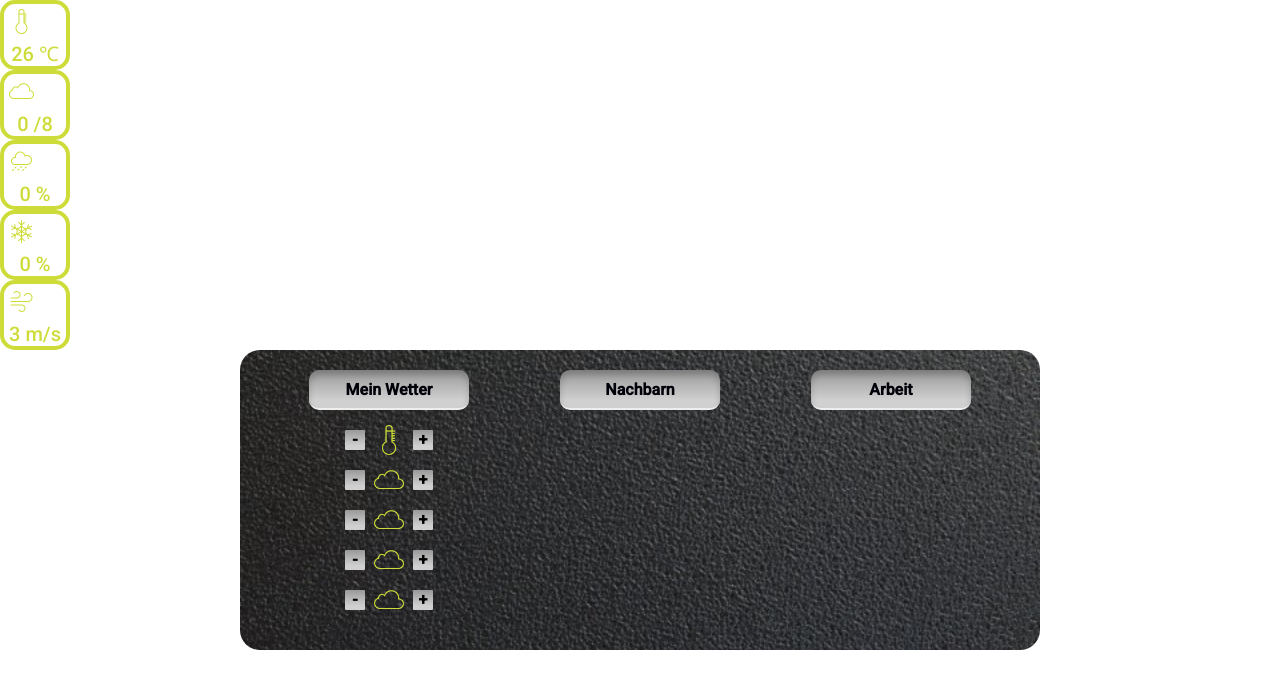
Repository: NadiaSchmitz/wetter.githab.io
Page: index.html
The author's editor kept a record of every edit. The page is drawn from the files as they stood at one moment, then again after the next edit.
The browser window is 1280 px wide. The pictures show the whole page.

Above is the page before.
Not found: styles/background1.css
Not found: styles/background2.css
Not found: styles/background3.css

### index.html
<!DOCTYPE html>
<html>

<head>
  <meta charset="utf-8" />
  <title>Das Wetter</title>
  <link rel="stylesheet" href="./styles/reset.css" type="text/css" />
  <link rel="stylesheet" href="./styles/style.css" type="text/css" />
  <link rel="stylesheet" href="./styles/icons.css" type="text/css" />
  <link rel="stylesheet" href="./styles/textur.css" type="text/css" />
  <link rel="stylesheet" href="./styles/background1.css" type="text/css" />
  <link rel="stylesheet" href="./styles/background2.css" type="text/css" />
  <link rel="stylesheet" href="./styles/background3.css" type="text/css" />
  <meta name="viewport" content="width=device-width, initial-scale=1.0">
  <link rel="preconnect" href="https://fonts.googleapis.com">
  <link rel="preconnect" href="https://fonts.gstatic.com" crossorigin>
  <link href="https://fonts.googleapis.com/css2?family=Roboto:wght@500&display=swap" rel="stylesheet">
  <link rel="shortcut icon" href="images/favicon.png" type="image/x-icon">
  <script src="https://ajax.googleapis.com/ajax/libs/jquery/2.2.0/jquery.min.js"></script>

</head>

<body>
  <section class="wrapper">
    <section class="inner_wrapper">
      <div id="weather" class="main_layout_my_weather">
        <div id="layout_1" class="layout1_my_weather"></div>
        <div class="status_wrapper">
          <div class="status status_temperature">
            <div class="status_value status_temperature_value">
              <span>26</span>
              <span class="celsius">&#8451;</span>
            </div>
          </div>
          <div class="status status_clouds">
            <div class="status_value status_clouds_value">
              <span>0</span>
              <span>/8</span>
            </div>
          </div>
          <div class="status status_rain">
            <div class="status_value status_rain_value">
              <span>0</span>
              <span>%</span>
            </div>
          </div>
          <div class="status status_snow">
            <div class="status_value status_snow_value">
              <span>0</span>
              <span>%</span>
            </div>
          </div>
          <div class="status status_wind">
            <div class="status_value status_wind_value">
              <span>3</span>
              <span>m/s</span>
            </div>
          </div>
        </div>
      </div>
      <div class="control">
        <div class="control_keyboard">
          <div class="control_keyboard_section">
            <div class="weather_button_wrapper">
              <span id="myWeather" class="weather_button">Mein Wetter</span>
            </div>
            <div class="control_keyboard_content">
              <div class="control_keyboard_content_item">
                <span class="control_button temperatur_minus">-</span>
                <span class="control_weather temperatur_value"></span>
                <span class="control_button temperatur_plus">+</span>
              </div>
              <div class="control_keyboard_content_item">
                <span class="control_button clouds_minus">-</span>
                <span class="control_weather clouds_value"></span>
                <span class="control_button clouds_plus">+</span>
              </div>
              <div class="control_keyboard_content_item">
                <span class="control_button clouds_minus">-</span>
                <span class="control_weather clouds_value"></span>
                <span class="control_button clouds_plus">+</span>
              </div>
              <div class="control_keyboard_content_item">
                <span class="control_button clouds_minus">-</span>
                <span class="control_weather clouds_value"></span>
                <span class="control_button clouds_plus">+</span>
              </div>
              <div class="control_keyboard_content_item">
                <span class="control_button clouds_minus">-</span>
                <span class="control_weather clouds_value"></span>
                <span class="control_button clouds_plus">+</span>
              </div>
            </div>
          </div>
          <div class="control_keyboard_section">
            <div class="weather_button_wrapper">
              <span id="nachbarnWeather" class="weather_button">Nachbarn</span>
            </div>
          </div>
          <div class="control_keyboard_section">
            <div class="weather_button_wrapper">
              <span id="arbeitWeather" class="weather_button">Arbeit</span>
            </div>
          </div>
        </div>
      </div>
    </section>
  </section>
  <script type="text/javascript" src="./js/weather.js"></script>
  <script type="text/javascript" src="./js/general.js"></script>
</body>

</html>

### styles/reset.css
html, body, div, span, applet, object, iframe,
h1, h2, h3, h4, h5, h6, p, blockquote, pre,
a, abbr, acronym, address, big, cite, code,
del, dfn, em, img, ins, kbd, q, s, samp,
small, strike, strong, sub, sup, tt, var,
b, u, i, center,
dl, dt, dd, ol, ul, li,
fieldset, form, label, legend,
table, caption, tbody, tfoot, thead, tr, th, td,
article, aside, canvas, details, embed,
figure, figcaption, footer, header, hgroup,
menu, nav, output, ruby, section, summary,
time, mark, audio, video {
	margin: 0;
	padding: 0;
	box-sizing: border-box;
	border: 0;
	font-size: 100%;
	font: inherit;
	vertical-align: baseline;
}
/* HTML5 display-role reset for older browsers */
article, aside, details, figcaption, figure,
footer, header, hgroup, menu, nav, section {
	display: block;
}
body {
	line-height: 1;
}
ol, ul {
	list-style: none;
}
blockquote, q {
	quotes: none;
}
blockquote:before, blockquote:after,
q:before, q:after {
	content: '';
	content: none;
}
table {
	border-collapse: collapse;
	border-spacing: 0;
}

### styles/style.css
.inner_wrapper {
  font-family: 'Roboto', sans-serif;
}

.weather {
  position: relative;
  width: 800px;
  height: 533px;
  background-image: url(../images/palm.jpg);
  background-size: cover;
  background-repeat: no-repeat;
  background-position: 50%;
  margin: 50px auto 20px;
}

.layout {
  position: absolute;
  top: 0;
  bottom: 0;
  left: 0;
  right: 0;
  background-image: url(../images/sunshine.png);
  background-size: cover;
  background-position: 40% 0;
}

.status {
  position: relative;
  width: 70px;
  height: 70px;
  border-radius: 15px;
  border-width: 3px;
  border: 4px solid #cddc39;
  background-size: 25px;
  background-position: 5px 5px;
  background-repeat: no-repeat;
}

.status_value {
  font-size: 20px;
  line-height: 40px;
  text-align: center;
  color: #cddc39;
  margin: 30px 0 0 0;
}

.control {

}

.control_keyboard {
  width: 800px;
  height: 300px;
  background-color: #3a3939;
  background-size: cover;
  border-radius: 20px;
  text-align: center;
  margin: 0 auto;
  padding: 20px;
}

.control_keyboard_section {
  display: inline-block;
  vertical-align: top;
  width: 32.5%;
  padding: 0 10px 0 10px;
}

.weather_button_wrapper {
  margin: 0 0 20px 0;
}

.weather_button {
  width: 160px;
  height: 40px;
  border-bottom: 2px solid #eee;
  box-shadow: inset rgba(0,0,0,0.2) 0px 5px 6px;
  display: block;
  font-size: 16px;
  line-height: 40px;
  color: #000009;
  font-weight: 700;
  text-align: center;
  text-decoration: none;
  background-image: -webkit-linear-gradient(top, #999, #d0d0d0 80%);
  background-image: -moz-linear-gradient(top, #999, #d0d0d0 80%);
  background-image: -ms-linear-gradient(top, #999, #d0d0d0 80%);
  background-image: -o-linear-gradient(top, #999, #d0d0d0 80%);
  background-image: linear-gradient(top, #999, #d0d0d0 80%);
  -moz-border-radius: 10px;
  -webkit-border-radius: 10px;
  border-radius: 10px;
  -webkit-transition: all .1s ease-in;
  -moz-transition: all .1s ease-in;
  -ms-transition: all .1s ease-in;
  -o-transition: all .1s ease-in;
  transition: all .1s ease-in;
  cursor: pointer;
  margin: 0 auto;
}

.weather_button:hover {
  -webkit-box-shadow: rgba(0,0,0,.4) 0 3px 8px;
  -moz-box-shadow: rgba(0,0,0,.4) 0 3px 8px;
  box-shadow: rgba(0,0,0,.4) 0 3px 8px;
}

.weather_button:active {
  color: #777;
  border-bottom: 1px solid #fff;
  -webkit-box-shadow: inset rgba(0,0,0,.5) 0px 5px 10px;
  -moz-box-shadow: inset rgba(0,0,0,.5) 0px 5px 10px;
  box-shadow: inset rgba(0,0,0,.5) 0px 5px 10px;
}

.control_keyboard_content_item {
  margin: 0 0 15px 0;
}

.control_button {
  display: inline-block;
  vertical-align: top;
  width: 20px;
  height: 20px;
  font-size: 16px;
  line-height: 20px;
  font-weight: 700;
  text-align: center;
  background-image: -webkit-linear-gradient(top, #999, #d0d0d0 80%);
  background-image: -moz-linear-gradient(top, #999, #d0d0d0 80%);
  background-image: -ms-linear-gradient(top, #999, #d0d0d0 80%);
  background-image: -o-linear-gradient(top, #999, #d0d0d0 80%);
  background-image: linear-gradient(top, #999, #d0d0d0 80%);
  -moz-border-radius: 1px;
  -webkit-border-radius: 1px;
  border-radius: 1px;
  -webkit-transition: all .1s ease-in;
  -moz-transition: all .1s ease-in;
  -ms-transition: all .1s ease-in;
  -o-transition: all .1s ease-in;
  transition: all .1s ease-in;
}

.control_weather {
  display: inline-block;
  vertical-align: top;
  width: 30px;
  height: 30px;
  background-position: 50%;
  background-size: cover;
  margin: -5px 5px 0 5px;
}

### js/weather.js
var weatherArray = [];
weatherArray = [
  {
    weatherOwner: "myWeather",
    temperaturUnderLimit: 25,
    temperaturStandart: 26,
    temperaturUpperLimit: 27,
    cloudsUnderLimit: 0,
    cloudsStandart: 0,
    cloudsUpperLimit: 1,
    rainUnderLimit: 0,
    rainStandart: 0,
    rainUpperLimit: 5,
    snowUnderLimit: 0,
    snowStandart: 0,
    snowUpperLimit: 0,
    windUnderLimit: 3,
    windStandart: 3,
    windUpperLimit: 5,
    mainLayout: "",
    layout1: "",
    layout2: ""
  },

  {
    weatherOwner: "nachbarnWeather",
    temperaturUnderLimit: 3,
    temperaturStandart: 5,
    temperaturUpperLimit: 8,
    cloudsUnderLimit: 7,
    cloudsStandart: 8,
    cloudsUpperLimit: 9,
    rainUnderLimit: 80,
    rainStandart: 90,
    rainUpperLimit: 100,
    snowUnderLimit: 0,
    snowStandart: 0,
    snowUpperLimit: 0,
    windUnderLimit: 20,
    windStandart: 30,
    windUpperLimit: 40,
    mainLayout: "",
    layout1: "",
    layout2: ""
  },

  {
    weatherOwner: "arbeitWeather",
    temperaturUnderLimit: -10,
    temperaturStandart: -20,
    temperaturUpperLimit: -30,
    cloudsUnderLimit: 3,
    cloudsStandart: 4,
    cloudsUpperLimit: 5,
    rainUnderLimit: 0,
    rainStandart: 0,
    rainUpperLimit: 100,
    snowUnderLimit: 0,
    snowStandart: 0,
    snowUpperLimit: 0,
    windUnderLimit: 20,
    windStandart: 30,
    windUpperLimit: 40,
    mainLayout: "",
    layout1: "",
    layout2: ""
  },
]

### js/general.js
$(document).ready(function() {
    var widthScreen = $(window).width() - 700;
    var heightScreen = widthScreen / 1.5;

    var screenRatio = widthScreen / heightScreen;

    console.log(widthScreen);
    console.log(heightScreen);
    console.log(screenRatio);

    $(".weather").css("width", widthScreen);
    $(".weather").css("height", heightScreen);
})

Loaded but not shown: styles/icons.css (library); styles/textur.css (library)

After the next edit:
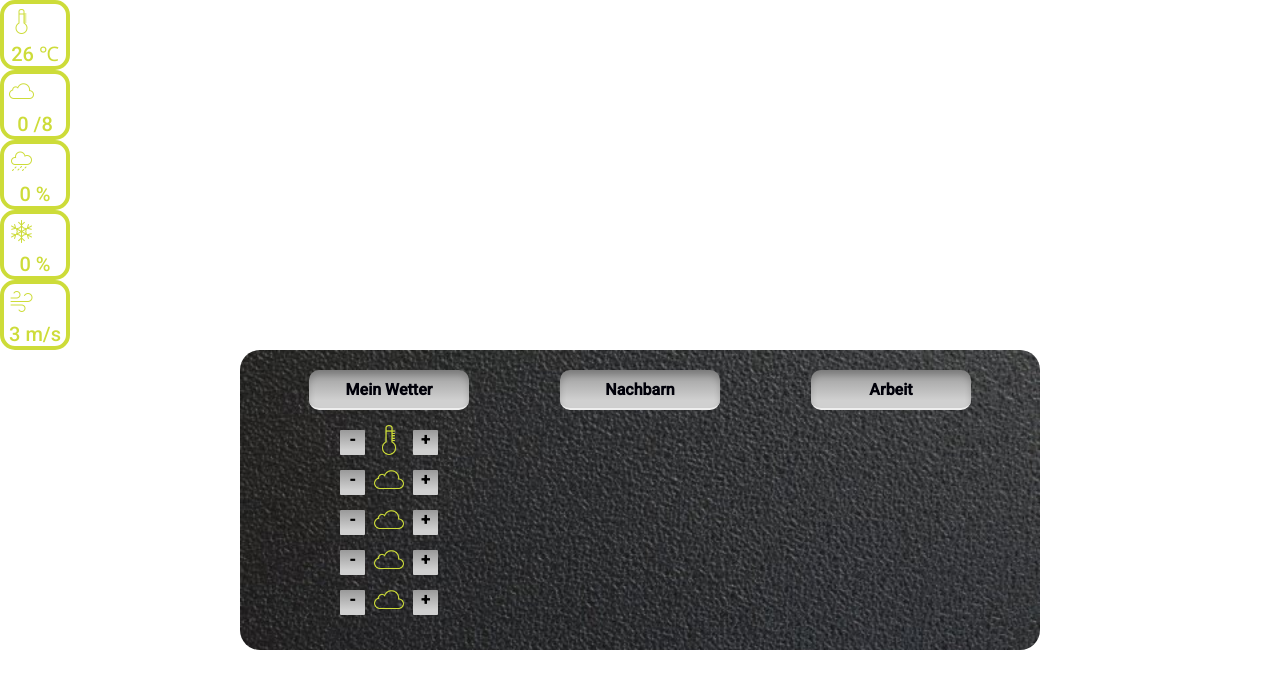
The edit:
--- a/styles/style.css
+++ b/styles/style.css
@@ -120,8 +120,8 @@
 .control_button {
   display: inline-block;
   vertical-align: top;
-  width: 20px;
-  height: 20px;
+  width: 25px;
+  height: 25px;
   font-size: 16px;
   line-height: 20px;
   font-weight: 700;

After the edit that followed:
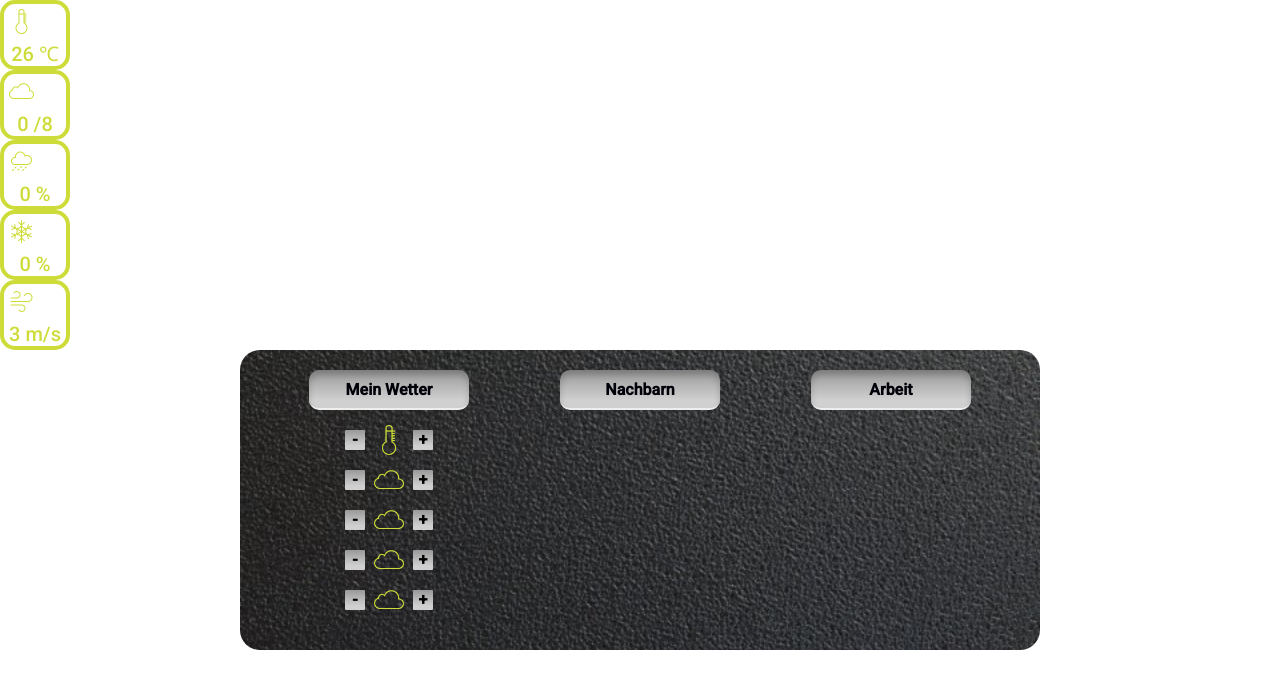
The edit:
--- a/styles/style.css
+++ b/styles/style.css
@@ -120,8 +120,8 @@
 .control_button {
   display: inline-block;
   vertical-align: top;
-  width: 25px;
-  height: 25px;
+  width: 20px;
+  height: 20px;
   font-size: 16px;
   line-height: 20px;
   font-weight: 700;
